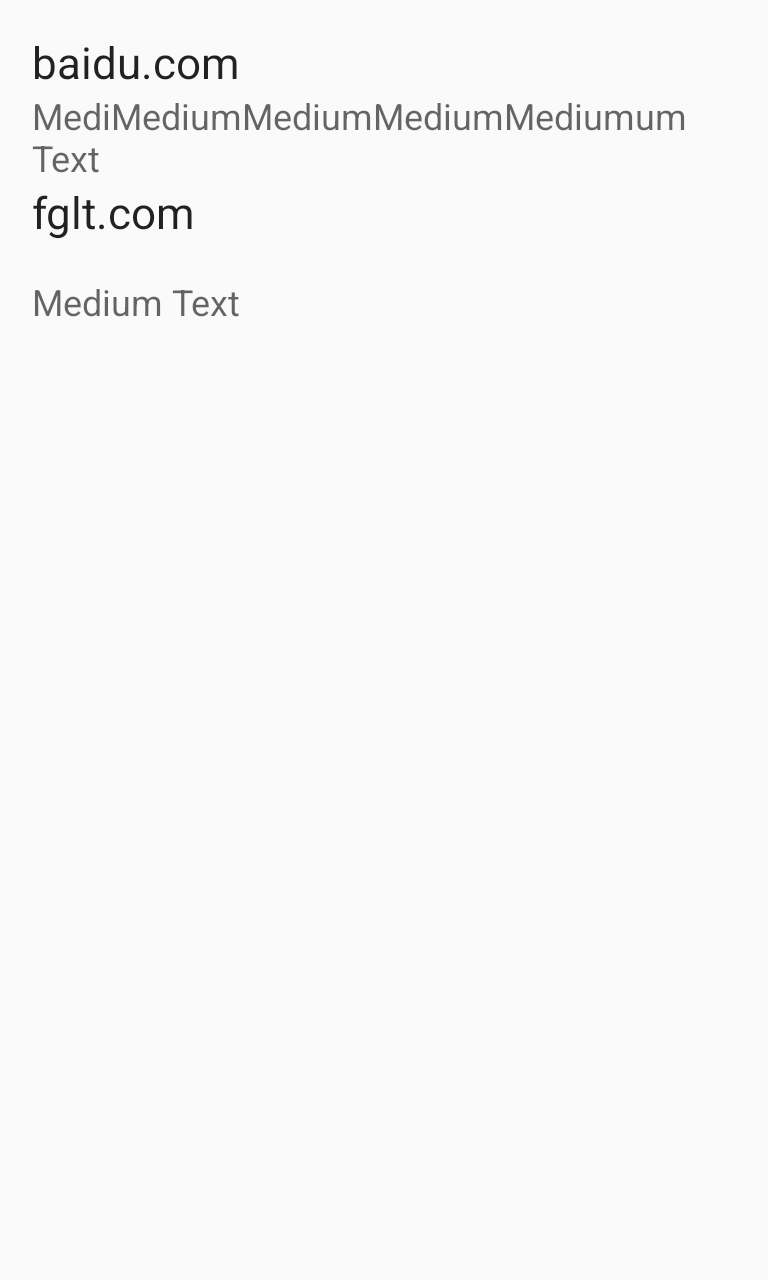
Repository: xiaoniao/home
Layout: android_training/VolleyTraing/res/layout/activity_main.xml
These files come from the project's save history. The layout is drawn as it stood at one moment and after a run of saves; the edit follows.
It is drawn on a 768 x 1280 px phone screen (xhdpi) without system bars, with theme AppTheme; the app's code is not run.

Above is the layout before, as saved 2014-09-04 13:12:18.

After the next 2 saves:
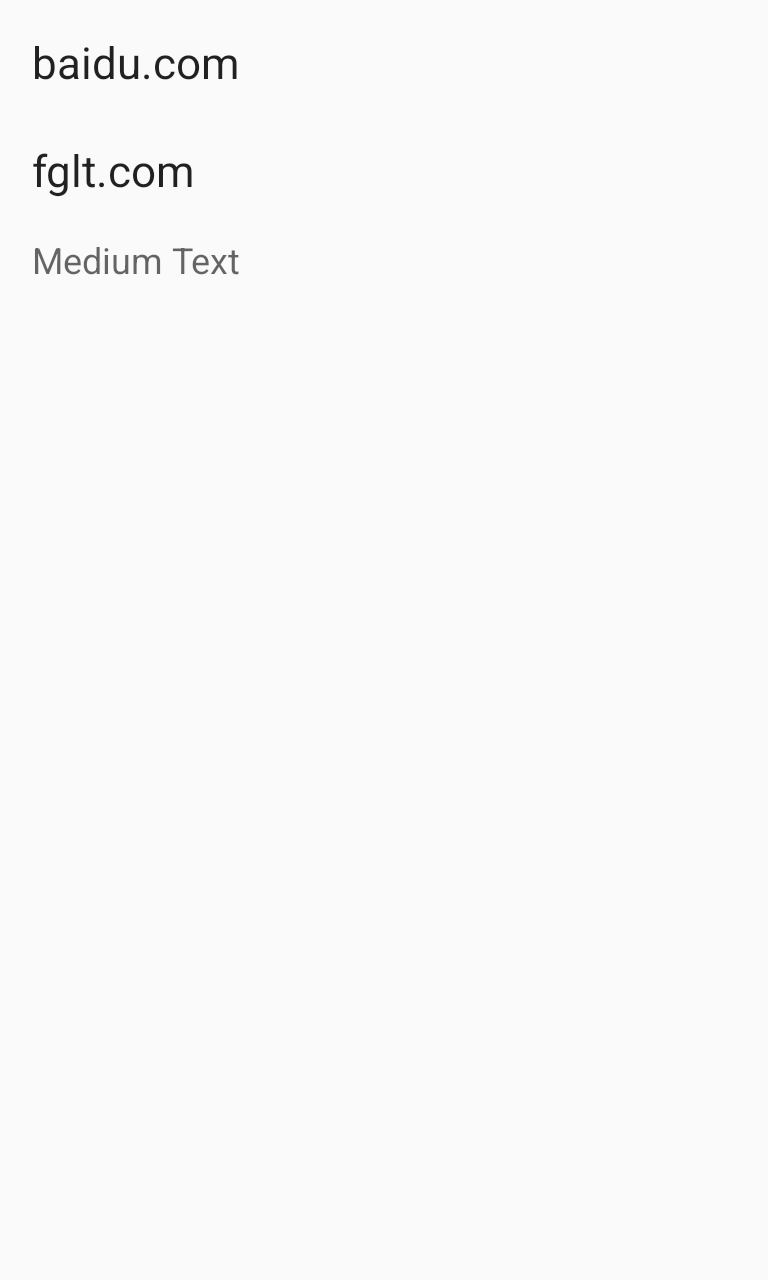
The 2 saves are shown as one change because they came seconds apart.
The last was saved 6 s later.
--- a/android_training/VolleyTraing/res/layout/activity_main.xml
+++ b/android_training/VolleyTraing/res/layout/activity_main.xml
@@ -25,7 +25,7 @@
             android:layout_width="wrap_content"
             android:layout_height="wrap_content"
             android:layout_below="@+id/textView1"
-            android:text="MediMediumMediumMediumMediumum Text"
+            android:text=" "
             android:textAppearance="?android:attr/textAppearanceMedium" />
 
         <TextView
